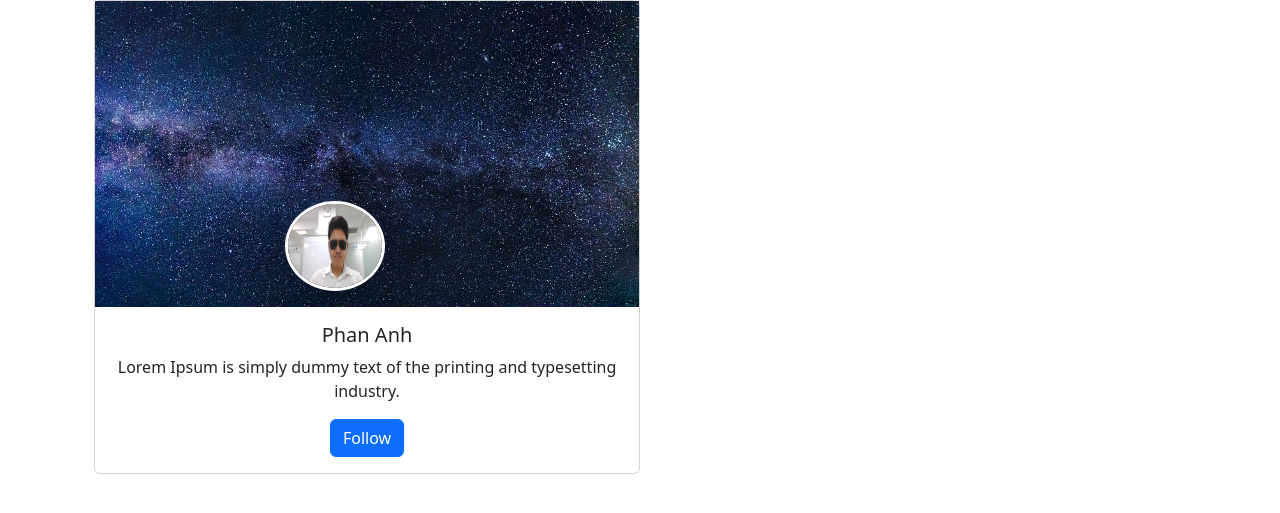
Repository: NPhanA/React2022
Page: / (app in Day 03-React/exercise/)
These files come from the project's save history. The page is drawn as it stood at one moment and after a run of saves; the edit follows.
The browser window is 1280 px wide. The pictures show the whole page.
The project was rebuilt for these pictures with package versions that can differ from the ones it lists, and the page was loaded fresh each time. Also part of the build but not shown: Day 03-React/exercise/src/App.css, Day 03-React/exercise/src/App.js, Day 03-React/exercise/src/Components/UserAgent.js.

Above is the page before, as saved 2022-07-26 16:41:25.

After the next 2 saves:
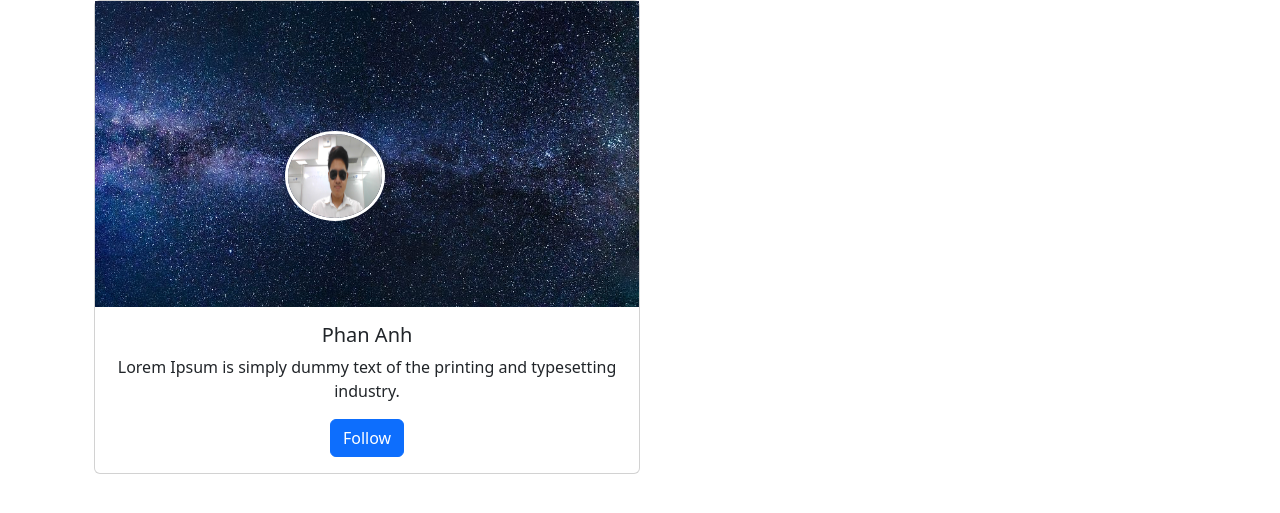
The 2 saves are shown as one change because they came seconds apart.
The last was saved 6 s later.
--- a/Day 03-React/exercise/src/Components/ProfileCard.js
+++ b/Day 03-React/exercise/src/Components/ProfileCard.js
@@ -13,7 +13,7 @@ function ProfileCard() {
               <div className="user text-center">
                 <div className="profile">
                   <img src={avatar} className="rounded-circle position-absolute" width="80" style={{
-        top:"200px",
+        top:"130px",
         left: "35%",
         height: "90px",
         width: "100px",
